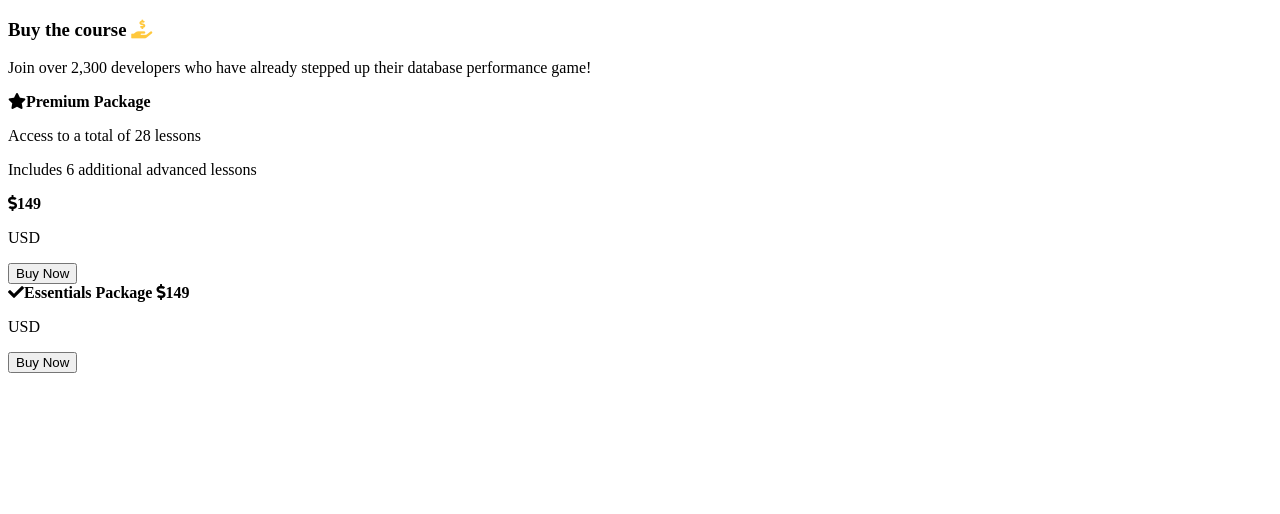
Repository: Z-ayat/Challenges
Page: Challenge 4/index.html
These files come from the project's save history. The page is drawn as it stood at one moment and after the next save; the edit follows.
The browser window is 1280 px wide. The pictures show the whole page.

Above is the page before, as saved 2021-09-07 00:25:35.

### Challenge 4/index.html
<!DOCTYPE html>
<html lang="en">

<head>
    <meta charset="UTF-8">
    <title>Course Offer Box</title>
    <link rel="stylesheet" href="styling/css/master.css">
    <link rel="stylesheet" href="styling/css/all.min.css">
    <link rel="preconnect" href="https://fonts.googleapis.com">
    <link rel="preconnect" href="https://fonts.gstatic.com" crossorigin>
    <link href="https://fonts.googleapis.com/css2?family=Cairo:wght@400;600;700;900&display=swap" rel="stylesheet">
</head>

<body>
    <div class="container">
        <div class="layout">
            <h3>Buy the course <i class="fas fa-hand-holding-usd" style="color: #FFC83D;"></i></h3>
            <p class="join">Join over 2,300 developers who have already stepped up their database performance game!</p>
        </div>
        <div class="prem-pack">
            <i class="fas fa-star">Premium Package</i>
            <p class="specs">Access to a total of 28 lessons</p>
            <p class="specs"><span class="import">Includes 6 additional advanced lessons</span></p>
            <p class="specs"></p>
            <p class="specs"></p>
            <p class="specs"></p>
            <i class="fas fa-dollar-sign">149</i>
            <p class="usd">USD</p>
            <button>Buy Now</button>
        </div>
        <div class="ess-pack">
            <i class="fas fa-check">Essentials Package</i>
            <i class="fas fa-dollar-sign">149</i>
            <p class="usd">USD</p>
            <button>Buy Now</button>
        </div>
    </div>
</body>

</html>

Loaded but not shown: Challenge 4/styling/css/all.min.css (library); Challenge 4/styling/css/master.css (no stored copy; drawn as an empty file)

After the next save:
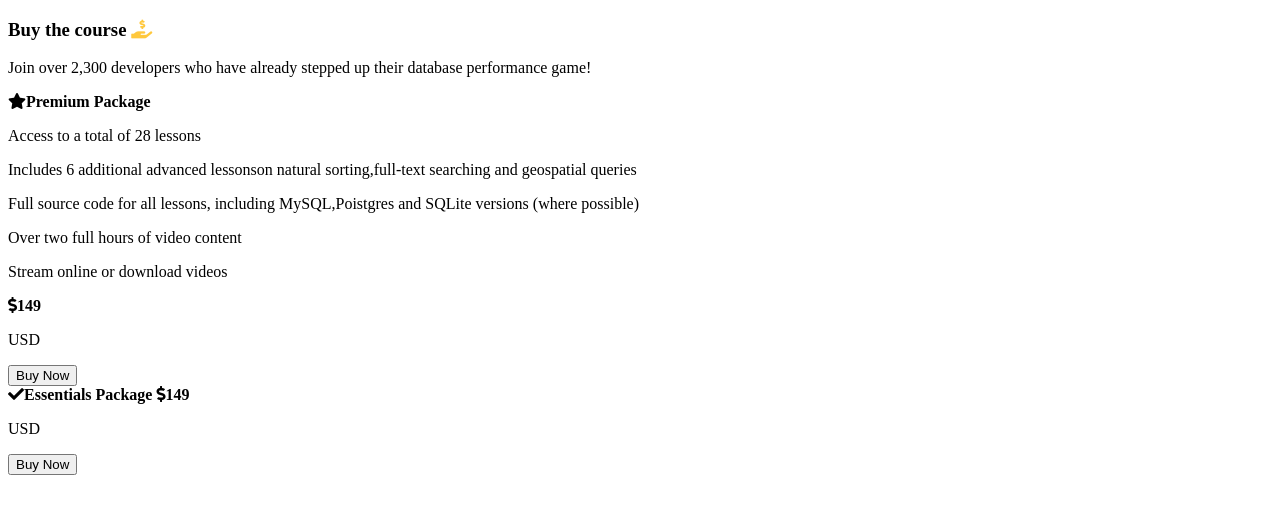
Saved 2 min 38 s later.
--- a/Challenge 4/index.html
+++ b/Challenge 4/index.html
@@ -20,10 +20,10 @@
         <div class="prem-pack">
             <i class="fas fa-star">Premium Package</i>
             <p class="specs">Access to a total of 28 lessons</p>
-            <p class="specs"><span class="import">Includes 6 additional advanced lessons</span></p>
-            <p class="specs"></p>
-            <p class="specs"></p>
-            <p class="specs"></p>
+            <p class="specs"><span class="import">Includes 6 additional advanced lessons</span>on natural sorting,full-text searching and geospatial queries</p>
+            <p class="specs"><span class="import"> Full source code for all lessons, including MySQL,Poistgres and SQLite versions (where possible)</span></p>
+            <p class="specs">Over two full hours of video content</p>
+            <p class="specs">Stream online or download videos</p>
             <i class="fas fa-dollar-sign">149</i>
             <p class="usd">USD</p>
             <button>Buy Now</button>
